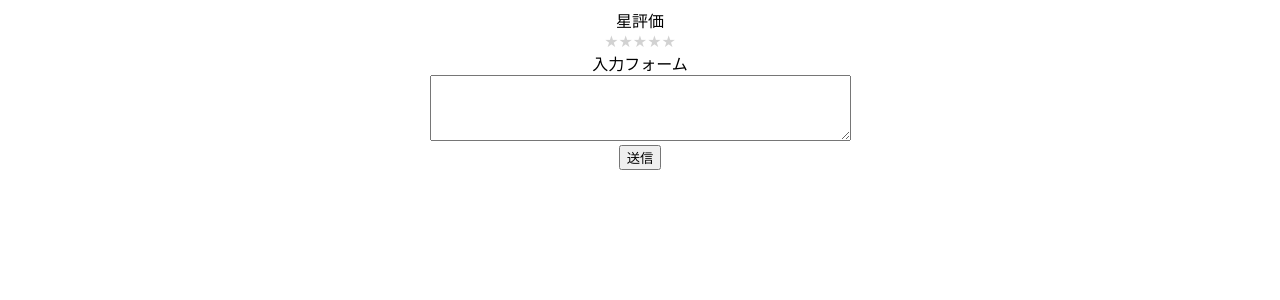
Repository: mikumiura/intern-chatbot
Page: templates/index1.html
An editor plug-in stored every save of this project. The page is shown before and after the next save, followed by the edit.
The browser window is 1280 px wide. The pictures show the whole page.

Above is the page before, as saved 2022-08-22 06:48:32.

### templates/index1.html
<!DOCTYPE html>
<html>

<head>
    <meta charset="utf-8">
    <meta name="viewport" content="width=device-width, initial-scale=1.0">
    <title>チャットボット評価ページ</title>

    <link rel="stylesheet" href="static/style.css" type="text/css">
</head>


<body style="text-align:center">
    <script src="https://unpkg.com/vue@next"></script>
    <script src="https://unpkg.com/axios/dist/axios.min.js"></script>

    <div id = "app">
        <div>
            <label>星評価</label>
            <div>
                <div v-bind:class="{'star-gold':stars[0], 'star-gray':!stars[0]}" v-on:click="star(1)" class="pointer">★</div>
                <div v-bind:class="{'star-gold':stars[1], 'star-gray':!stars[1]}" v-on:click="star(2)" class="pointer">★</div>
                <div v-bind:class="{'star-gold':stars[2], 'star-gray':!stars[2]}" v-on:click="star(3)" class="pointer">★</div>
                <div v-bind:class="{'star-gold':stars[3], 'star-gray':!stars[3]}" v-on:click="star(4)" class="pointer">★</div>
                <div v-bind:class="{'star-gold':stars[4], 'star-gray':!stars[4]}" v-on:click="star(5)" class="pointer">★</div>
            </div>
        </div>

        <div>
            <label>入力フォーム</label>
            <div>
                <textarea v-model="comment" cols="50" rows="4"></textarea> <!-- v-on:hogehoge（入力に関する処理の感知）でisActive()をtrueに -->
            </div>
        </div>

        <div>
            <input v-bind:disabled="isActive" v-on:click="submit()" type="submit" value="送信" class="pointer">
        </div>
    </div>

</body>
</html>

<script>
    let stars = [false, false, false, false, false];

    const Star = {
        data() {
            return {
                stars,
                rate: 0,
                comment: "",
                isActive: false
            }
        },
        methods: {
            star: function(num) {
                this.rate = num
                // 1~num番目までをtrueに置き換える処理
                for (let i=0; i<num; i++) {
                    this.stars.splice(i, 1, true)
                }
                // num+1~5番目までをfalseに置き換える処理
                for (let i=num; i<5; i++) {
                    this.stars.splice(i, 1, false)
                }
            },
            comment: function() {
                if (len(this.comment) >= 1) {
                    this.isActive = true
                }
            },
            submit: function() {
                alert("送信完了")

                axios.post('/test1', {
                    rate: this.rate,
                    comment: this.comment
                })
                .then(function(response) {
                    console.log(response)
                })
                .catch(function(error) {
                    console.log(error)
                })

                window.open('/test2', null)
            }
        }
    }
    Vue.createApp(Star).mount("#app")
</script>

<!--クリックしたら感知はされる。divタグにv-on書く、メソッド作る、メソッドの中にログを出す記述、検証のコンソールでログでてる（感知されてる）ことを確認-->
<!--star()で1つの関数にして引数によって処理を変える、3押した後に1押すと★が1個だけ黄色になるようにする-->
<!-- createAppは1個だけ書いて、大元のところでマウントするとdataで出せるかも。詰まったらとりあえずconsole.log()出す。ログに入力値は入ってきてるので、
    送信ボタンの押下で星の数と入力値が返るようにする。 -->

### static/style.css
div div div div {
    display: inline-block;
}

.star-gold {
    color: #ffd700;
}

.star-orange {
    color: #ffa500;
}

.star-gray {
    color: #d2d2d2;
}

.pointer {
    cursor: pointer;
}

After the next save:
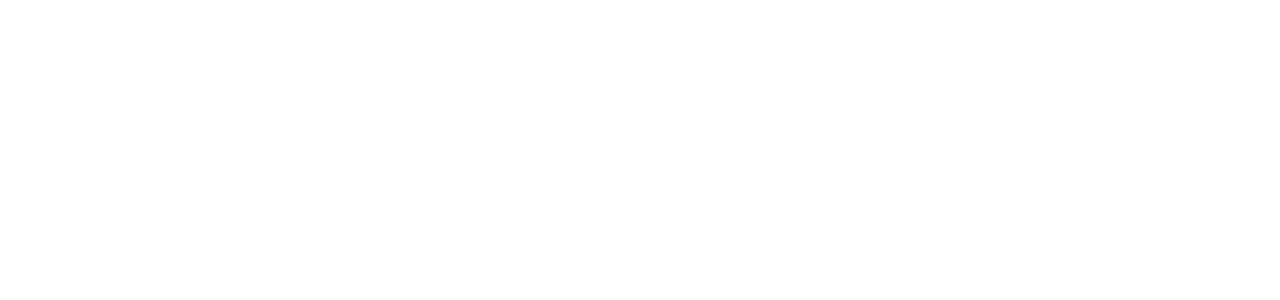
Console error: TypeError: len is not a function
Saved 9 min 42 s later.
--- a/templates/index1.html
+++ b/templates/index1.html
@@ -34,7 +34,7 @@
         </div>
 
         <div>
-            <input v-bind:disabled="isActive" v-on:click="submit()" type="submit" value="送信" class="pointer">
+            <input v-bind:disabled="len(comment)==0" v-on:click="submit()" type="submit" value="送信" class="pointer">
         </div>
     </div>
 
@@ -49,8 +49,7 @@
             return {
                 stars,
                 rate: 0,
-                comment: "",
-                isActive: false
+                comment: ""
             }
         },
         methods: {
@@ -63,11 +62,6 @@
                 // num+1~5番目までをfalseに置き換える処理
                 for (let i=num; i<5; i++) {
                     this.stars.splice(i, 1, false)
-                }
-            },
-            comment: function() {
-                if (len(this.comment) >= 1) {
-                    this.isActive = true
                 }
             },
             submit: function() {

After the 2 saves that followed:
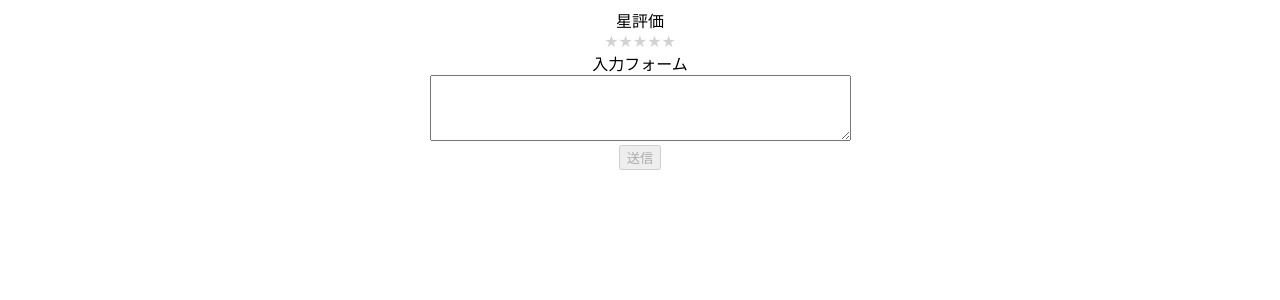
The error is gone.
The 2 saves are shown as one change because 1 left the picture as it was.
The last was saved 2 min 57 s later.
--- a/templates/index1.html
+++ b/templates/index1.html
@@ -34,7 +34,7 @@
         </div>
 
         <div>
-            <input v-bind:disabled="len(comment)==0" v-on:click="submit()" type="submit" value="送信" class="pointer">
+            <input v-bind:disabled="comment==''" v-on:click="submit()" type="submit" value="送信" class="pointer">
         </div>
     </div>
 
